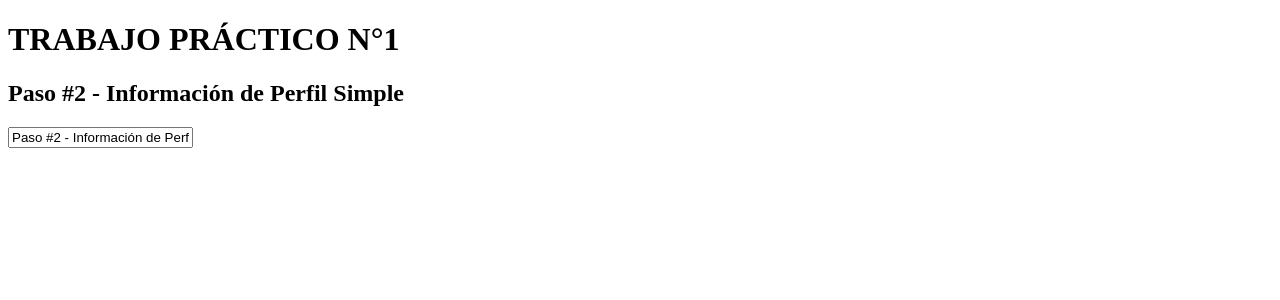
Repository: SofiaSferco/PWA
Page: practico01/index.html
An editor plug-in stored every save of this project. The page is shown before and after the next save, followed by the edit.
The browser window is 1280 px wide. The pictures show the whole page.

Above is the page before, as saved 2025-10-02 21:51:52.

### practico01/index.html
<!DOCTYPE html>
<html lang="en">
<head>
    <meta charset="UTF-8">
    <title>Trabajo Práctico 1</title>
    <script src="https://unpkg.com/vue@3/dist/vue.global.js"></script>
</head>
<body>
    <div id="app">
        <h1>TRABAJO PRÁCTICO N°1</h1>
        <h2></h2>
        <h2>{{ title }}</h2>
        <input v-model="title" placeholder="Edit me">
    </div>
    <script>
        const { createApp } = Vue;
        createApp({
            data() {
                return {
                    title: 'Paso #2 - Información de Perfil Simple'
                }
            }
        }).mount('#app');
    </script>
</body>
</html>

After the next save:
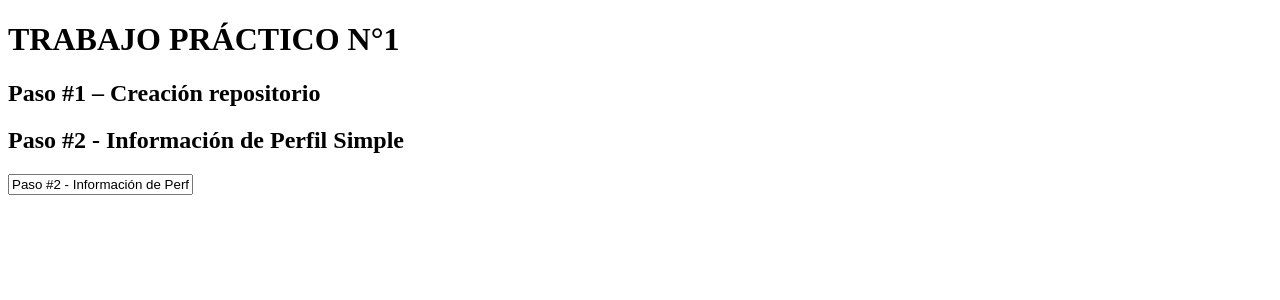
Saved 18 s later.
--- a/practico01/index.html
+++ b/practico01/index.html
@@ -8,7 +8,7 @@
 <body>
     <div id="app">
         <h1>TRABAJO PRÁCTICO N°1</h1>
-        <h2></h2>
+        <h2>Paso #1 – Creación repositorio</h2>
         <h2>{{ title }}</h2>
         <input v-model="title" placeholder="Edit me">
     </div>
